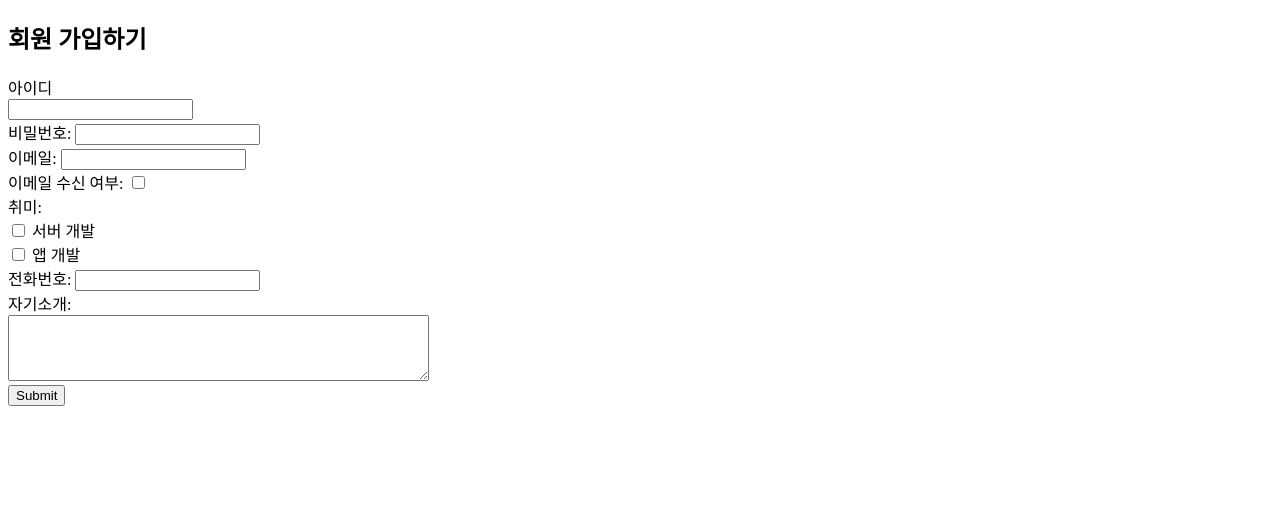
Repository: dnwpdud/WEB_CODES
Page: http://localhost/Homepage_WJO/memberRegister.jsp
The author's editor kept a copy of each file at every save. The page is drawn from the files as they stood at one save, then again after a run of saves.
The browser window is 1280 px wide. The pictures show the whole page.
The page is served by Tomcat 9.

Above is the page before, as saved 2024-04-03 07:06:01.

After the next 2 saves:
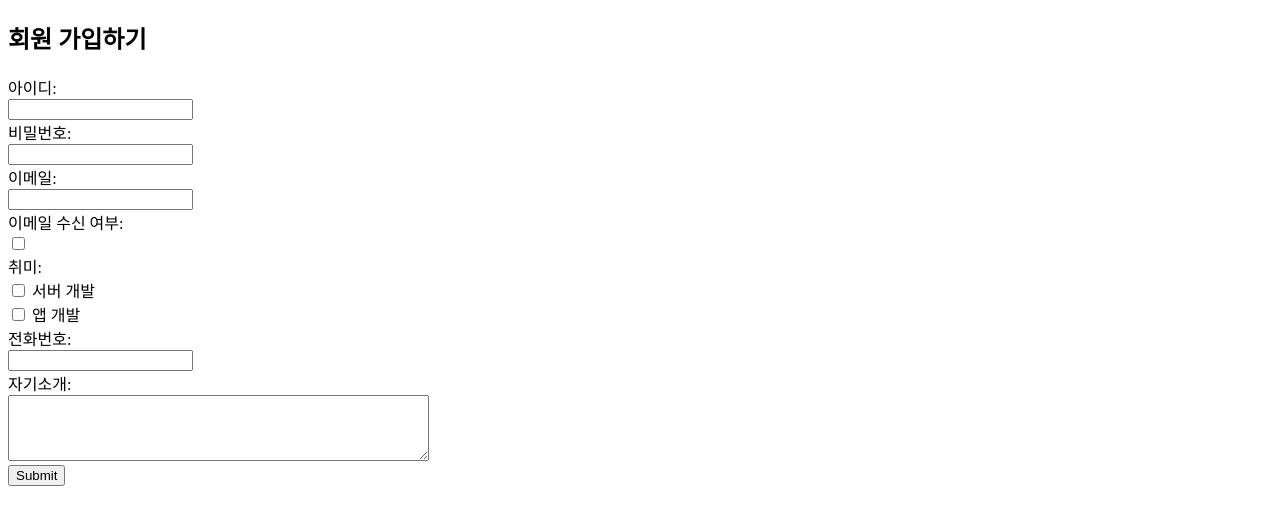
The 2 saves are shown as one change because they came seconds apart.
The last was saved 20 s later.
--- a/Homepage_WJO/src/main/webapp/memberRegister.jsp
+++ b/Homepage_WJO/src/main/webapp/memberRegister.jsp
@@ -16,16 +16,16 @@
 	<h2>회원 가입하기</h2>
 	<form action="../register.do" method="post">
 
-	<label for="userid">아이디</label><br>
+	<label for="userid">아이디:</label><br>
     <input type="text" id="userid" name="userid" required><br>
 
-    <label for="password">비밀번호:</label>
+    <label for="password">비밀번호:</label><br>
     <input type="password" id="password" name="password" required><br>
 
-    <label for="email">이메일:</label>
+    <label for="email">이메일:</label><br>
     <input type="email" id="email" name="email" required><br>
 
-    <label for="emailAgree">이메일 수신 여부:</label>
+    <label for="emailAgree">이메일 수신 여부:</label><br>
     <input type="checkbox" id="emailAgree" name="emailAgree" value="agree" required><br>
 
     <label for="interest">취미:</label><br>
@@ -36,7 +36,7 @@
 
     <!-- Add more interest checkboxes as needed -->
 
-    <label for="phone">전화번호:</label>
+    <label for="phone">전화번호:</label><br>
     <input type="tel" id="phone" name="phone" required><br>
 
     <label for="introduce">자기소개:</label><br>
